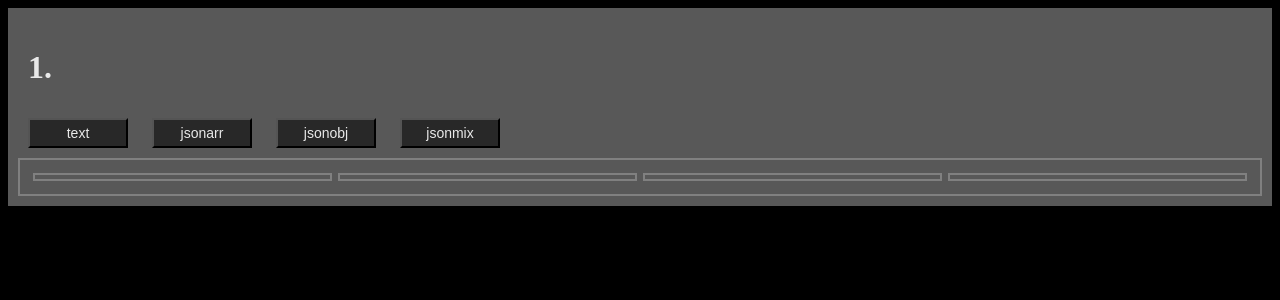
Repository: prawniel99/05_JQuery
Page: workspace/jqpro/WebContent/비동기3_XMLRequest/dataType.html
These files come from the project's save history. The page is drawn as it stood at one moment and after the next save; the edit follows.
The browser window is 1280 px wide. The pictures show the whole page.
After loading, the first visible `#jobj` was clicked once.

Above is the page before, as saved 2024-08-22 02:52:20.

After the next save:
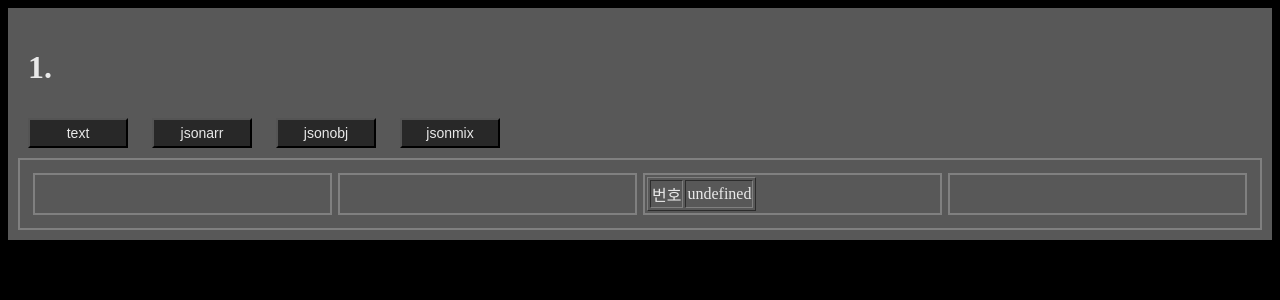
Saved 4 s later.
--- a/workspace/jqpro/WebContent/비동기3_XMLRequest/dataType.html
+++ b/workspace/jqpro/WebContent/비동기3_XMLRequest/dataType.html
@@ -106,7 +106,7 @@
                         code += "<tr><td>번호</td>";
                         code += "<td>"+res.tel+"</td></tr>";
 
-                        $('#result3').h
+                        $('#result3').html(code);
                     }
                 }
             }) // #jobj click 끝
